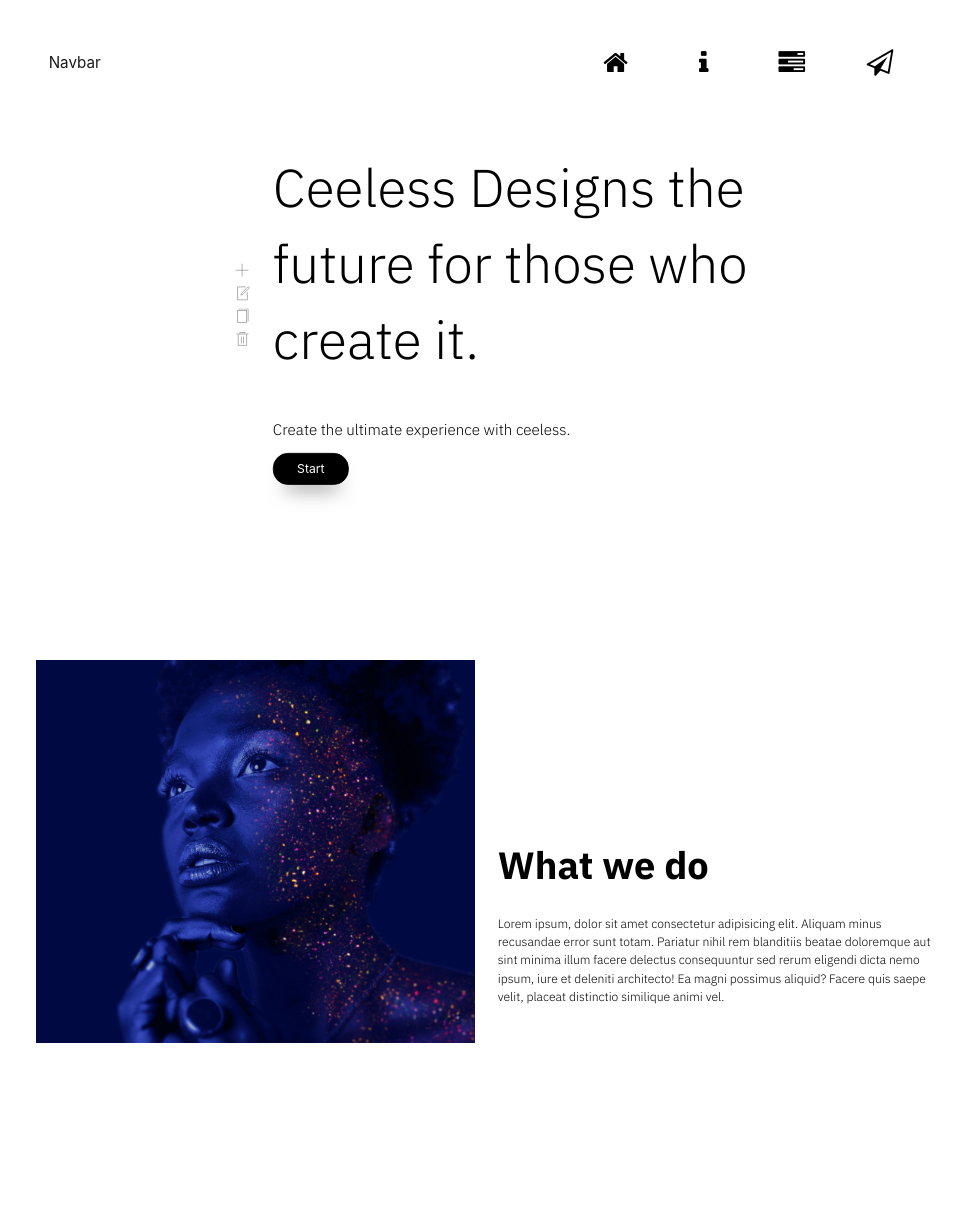
Repository: latenightsnacc/ceeless
Page: index.html
An editor plug-in stored every save of this project. The page is shown before and after the next save, followed by the edit.
The browser window is 1280 px wide. The pictures show the whole page, at 76% of full size.
Some web libraries are served in a nearby version. The style sheet was rebuilt from its Sass, Less or Tailwind sources for each picture, by a compiler version that may differ from the author's.

Above is the page before, as saved 2020-06-12 14:29:08.

After the next save:
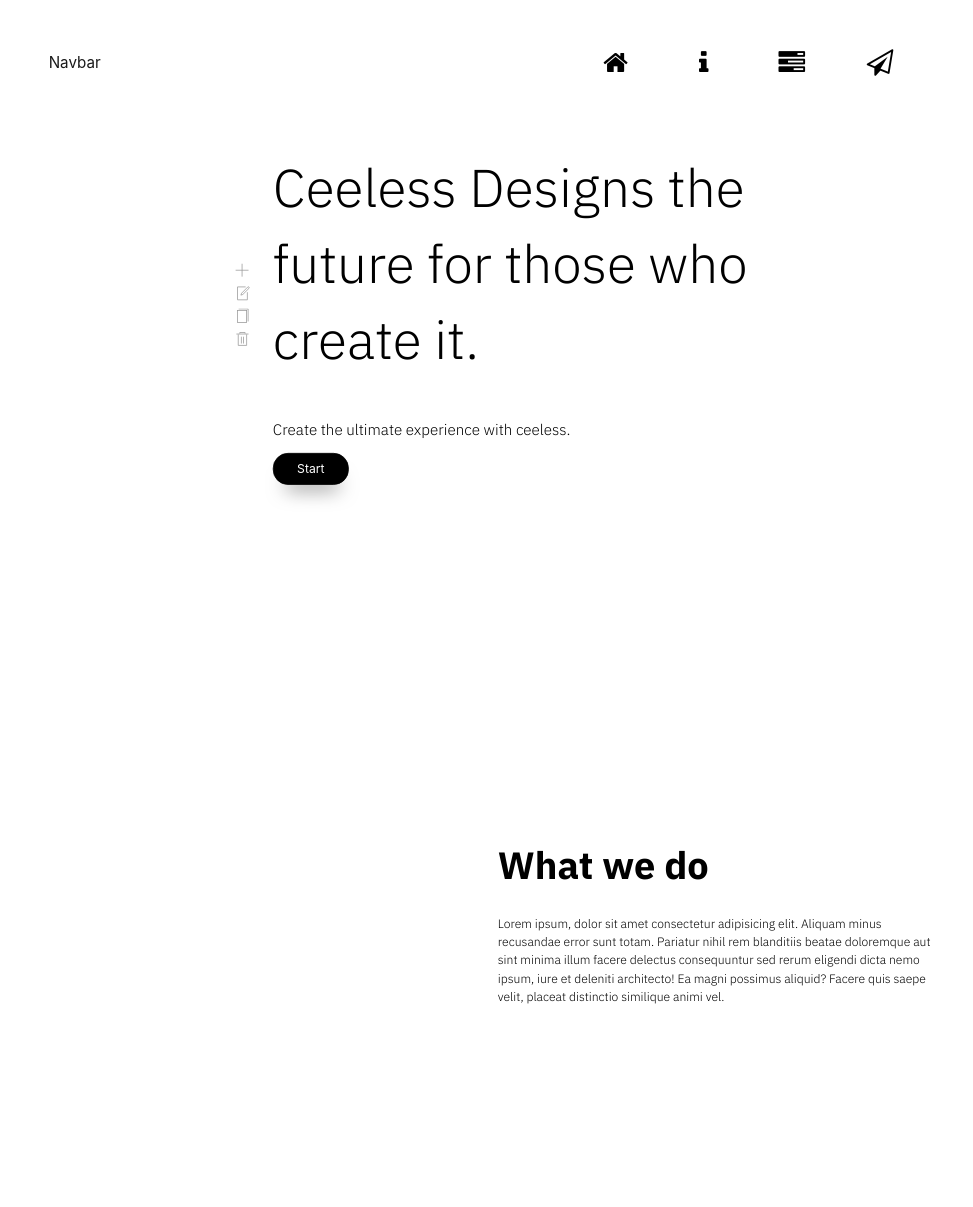
Saved 75 s later.
--- a/index.html
+++ b/index.html
@@ -81,7 +81,7 @@
             <div class="row">
                 <!--Slider-->
                 <div class="col">
-                    <div class="uk-position-relative uk-visible-toggle uk-light" tabindex="-1" uk-slideshow="min-height: 700; max-height: 1200" >
+                    <div class="uk-position-relative uk-visible-toggle uk-light" tabindex="-1" >
 
                         <ul class="uk-slideshow-items" uk-height-viewport="offset-top: true; offset-bottom: 30">
                             <li>
